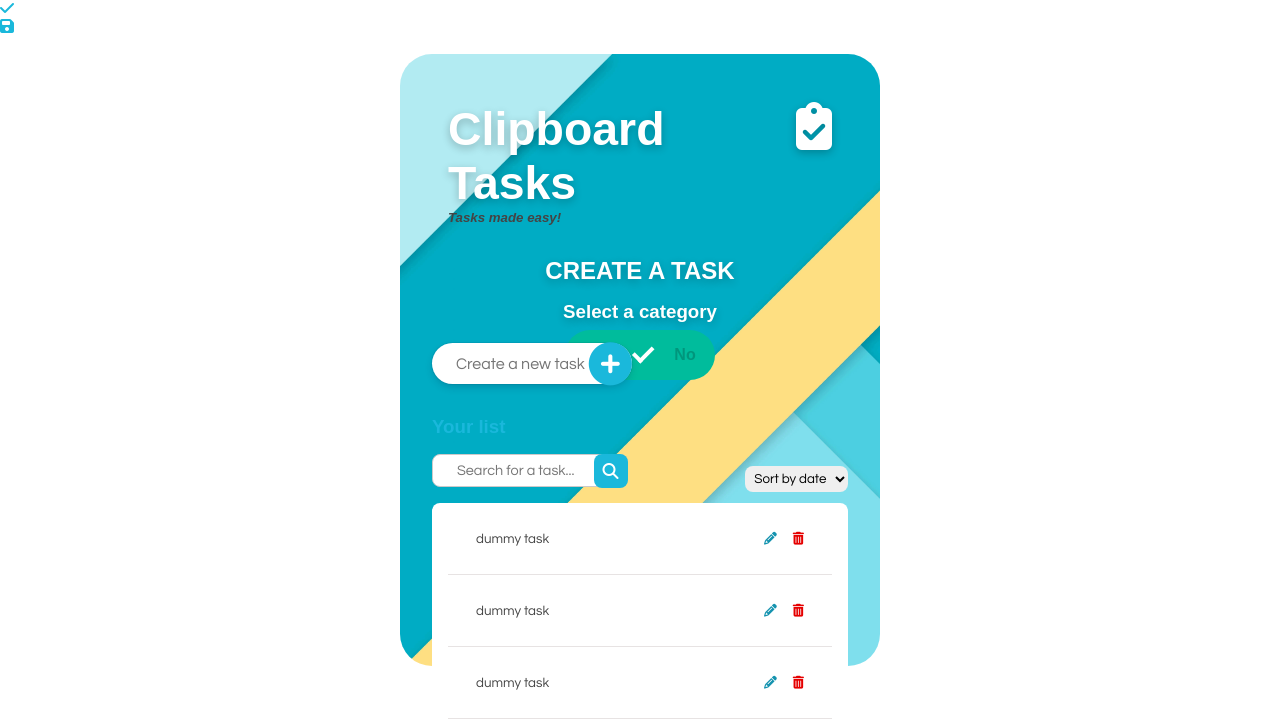
Repository: WesleyErasmus/Todo-App
Page: todoApp.html
The author's editor kept a copy of each file at every save. The page is drawn from the files as they stood at one save, then again after the next save.
The browser window is 1280 px wide. The pictures show the whole page.
Some web fonts or font styles are not loaded; a fallback is used. Some web libraries are served in a nearby version.

Above is the page before, as saved 2022-06-12 16:46:46.

### todoApp.html
<!DOCTYPE html>
<html lang="en">
<head>
    <meta charset="UTF-8">
    <meta http-equiv="X-UA-Compatible" content="IE=edge">
    <meta name="viewport" content="width=device-width, initial-scale=1.0">
    <title>Todo App</title>
    <script src="https://kit.fontawesome.com/81ea498f91.js" crossorigin="anonymous"></script>
    <link rel="stylesheet" href="/source/css/todoApp.css">
    <script src="/source/script/todoApp.js" defer></script>
</head>
<body>
    <!-- App wrapper -->
    <main class="app-wrapper">
        <!-- App header -->
        <header>
            <div>
            <h1 class="slogan">Clipboard Tasks</h1>
            <h5 class="slogan-2"><em>Tasks made easy!</em></h5>
            </div>
            <div id="jumbotron-logo"><i class="fa-solid fa-clipboard-check fa-3x"></i></div>
        </header>

        <h2 id="create-task-heading">CREATE A TASK</h2>

        <!-- Categories section -->
        <section>
        <form id="todo-list-form">
            <h3 class="category-heading">Select a category</h3>

            <div class="new-categories">

                <div class="toggle-radio">
                    <input type="radio" name="rdo" id="yes" checked>
                    <input type="radio" name="rdo" id="no">
                    <div class="switch">
                      <label for="yes">Yes</label>
                      <label for="no">No</label>
                      <span></span>
                    </div>
                  </div>

            </div>

            <div class="category-selectors">
                <!-- Personal category (make to assign as default, unless user selects work category) -->
                <!-- <label id="personal-label-btn">
                    <input type="radio" name="category" value="Personal" id="personal-category" />
                    <div>Personal</div>
                </label> -->
                <!-- Work category -->
                <!-- <label id="work-label-btn">
                    <input type="radio" name="category" value="Work" id="work-category" />
                    <div>Work</div>
                </label>
            </div> -->
            <!-- End of radio categories div -->
            <div class="create-submit">
            <input type="text" name="create-task" id="create-task" placeholder="Create a new task" />
            <button id="task-submit-btn" type="submit" value="create-new-task">
                <i class="fa-solid fa-circle-plus"></i>
            </button>
        </div>
        </form>
        </section>

        <!-- Task list is created here, new tasks are outputted below -->
        <section class="todo-list-output">
            <div id="list-header">
            <h3>Your list</h3>
            </div>
            <!-- SEARCH BAR -->
            <div id="search-filter-section">
                <form id="search-bar">
                <input type="text"
                id="search-bar"
                placeholder="Search for a task...">
                <button type="submit"><i class="fa fa-search"
                id="search-submit-btn"></i></button>
                </form>
                <!-- Classic filter dropdown -->
                <div>
                    <select name="filter" id="filter">
                    <option value="Date">Sort by date</option>
                    <option value="Name">Sort by title</option>
                    </select>
                    <!-- <i class="fa-solid fa-arrow-down-wide-short"></i> -->
                </div>

                </div>
            <!-- Actual task list output -->
            <div class="tasks" id="tasks">

                <div class="dummy-task">

                    <div class="task-name">
                        <input type="text"
                        class="text"
                        value="dummy task"
                        readonly>
                        <div class="edit-delete">
                            <button class="edit"><i class="fa-solid fa-pencil"></i></button>
                            <button class="delete"><i class="fa fa-trash" aria-hidden="true"></i></button>
                        </div>
                    </div>
                </div>

                <div class="dummy-task">

                    <div class="task-name">
                        <input type="text"
                        class="text"
                        value="dummy task"
                        readonly>
                        <div class="edit-delete">
                            <button class="edit"><i class="fa-solid fa-pencil"></i></button>
                            <button class="delete"><i class="fa fa-trash" aria-hidden="true"></i></button>
                        </div>
                    </div>
                </div>

                <div class="dummy-task">

                    <div class="task-name">
                        <input type="text"
                        class="text"
                        value="dummy task"
                        readonly>
                        <div class="edit-delete">
                            <button class="edit"><i class="fa-solid fa-pencil"></i></button>
                            <button class="delete"><i class="fa fa-trash" aria-hidden="true"></i></button>
                        </div>
                    </div>
                </div>

            </div>

        </section>

    </main> <!-- End of App wrapper -->
        <!-- Save icon and task complete icon -->
                <li><i class="fa-solid fa-check"></i></li>
                <li><i class="fa-solid fa-floppy-disk"></i></li>

</body>
</html>

### source/css/todoApp.css
@import url('https://fonts.googleapis.com/css2?family=Lexend+Tera:wght@100&family=Questrial&display=swap');


/* CSS Variables */
:root {
    --background-color: #fff;
    --primary: #1AB8DB;
    --secondary: #1593AF;
    --delete: #E50000;
    --grey: #ccc9c9;
    --dark-grey: #444444;

    --text-shadows: text-shadow: rgba(0, 0, 0, 0.24) 0px 3px 8px;
    --box-shadows: box-shadow: rgba(9, 30, 66, 0.25) 0px 4px 8px -2px, rgba(9, 30, 66, 0.08) 0px 0px 0px 1px;

    /* add linear gradients */
}

/* Universal selector styling */
* {
    box-sizing: border-box;
    margin: 0;
    padding: 0;
    font-family: 'Lexend Tera', sans-serif;
    list-style: none;
}

/* Below will remove input and checkbox default styling */
input:not([type="radio"]):not([type="checkbox"]), button {
	appearance: none;
	border: none;
	outline: none;
	background: none;
	cursor: initial;
}

/* *** UNIVERSAL BUTTON STYLING *** */
button {
	appearance: none;
	border: none;
	outline: none;
	background: none;
	cursor: initial;
    cursor: pointer;
}

body {
    background-color: var(--background-color);
    color: var(--primary);
}

main {
    padding-top: 2rem;
    background-color: var(--secondary);
    background-image: url(/images/bg-1.jpg);
    background-size: cover;
    background-position: center;
    background-repeat: no-repeat;
    border-radius: 2rem;
    padding-left: 2rem;
    padding-right: 2rem;
    flex: 1 1 0%;
    align-items: center;
    justify-content: center;
    max-width: 480px;
    height: 85vh;
    width: 100%;
    position: absolute;
    top: 50%;
    left: 50%;
    margin-right: -50%;
    transform: translate(-50%, -50%)
}

section {
    margin-top: 1rem;
    margin-bottom: 2rem;
}

header {
    display: flex;
    justify-content: space-between;
    padding: 1rem;
    border-radius: 1rem;
    /* add gradient color to font and logo */
}
.slogan {
    color: #fff;
    font-family: 'Lexend Tera', sans-serif;
    font-size: 2.9rem;
    text-shadow: rgba(0, 0, 0, 0.24) 0px 3px 8px;
    /* -webkit-background-clip: text;
    -webkit-text-fill-color: transparent; */
}
.slogan-2 {
    color: #444444;
}

#jumbotron-logo {
    color: #fff;
    text-shadow: rgba(0, 0, 0, 0.24) 0px 3px 8px;
}
/* create task H3 styling*/
#create-task-heading {
    color: var(--background-color);
    margin-top: 1rem;
    text-align: center;
    text-shadow: rgba(0, 0, 0, 0.24) 0px 3px 8px;
}
/* Select category h2 styling */
.category-heading {
    color: var(--background-color);
    text-align: center;
    margin-bottom: 0.75rem;
    text-shadow: rgba(0, 0, 0, 0.24) 0px 3px 8px;
}

/* Work / personal category selector styling */
.category-selectors {
    display: grid;
    grid-template-columns: repeat(2, 1fr);
    grid-gap: 1rem;
    margin-bottom: 1rem;
}

label {
    font-family: 'Karla', sans-serif;
    font-weight: 590;
}

.category-selectors label{
    display: flex;
    flex-direction: column;
    justify-content: center;
    align-items: center;
    background-color: var(--primary);
    padding: 1rem 2rem;
    border-radius: 999999px;
    color: #fff;
    box-shadow: var(--box-shadows);
}

/* change the below id to #work-category-btn */
#work-label-btn {
    font-family: 'Karla', sans-serif;
    background-color: var(--grey);
}

#create-task {
    font-family: 'Questrial', sans-serif;
	display: block;
	width: 100%;
	font-size: 1rem;
	padding: 0.79rem 1.5rem;
    padding-right: 0rem;
	color: var(--dark-grey);
	background-color: var(--background-color);
    box-shadow: rgba(9, 30, 66, 0.25) 0px 4px 8px -2px, rgba(9, 30, 66, 0.08) 0px 0px 0px 1px;
    border-radius: 9999px;

}

/* change to task add btn */
#task-submit-btn{
    position: absolute;
    display: block;
    right: 0rem;
    bottom: -0.5px;
    border: none;
    background-color: transparent;
    color: var(--primary);
}

.fa-circle-plus {
    font-size: 2.7rem;
}

/* add gradient color to fa-logo */

.create-submit {
    position: relative;
    display: flex;
    justify-content: center;
    align-items: center;
    text-align: center;
    margin-top: 0.5rem;
}

.create-task {
    text-align: center;
}

#list-header {
width: 80%;
display: flex;
justify-content: space-between;
margin-bottom: 1rem;
}

#search-filter-section {
    display: flex;
    margin: 0 auto;
    justify-content: space-between;
    margin-top: 1rem;
    text-align: center;
    align-items: center;
}

#search-bar {
    position: relative;
    display: flex;
    justify-content: center;
    align-items: center;
    width: 47%;
}

#search-bar input{
    font-family: 'Questrial', sans-serif;
	display: block;
	width: 100%;
	font-size: 0.9rem;
	padding: 0.50rem 1.5rem;
    padding-right: 0rem;
	color: var(--dark-grey);
	background-color: var(--background-color);
    border: 0.1px solid var(--grey);
    border-radius: 0.5rem;
    margin-bottom: 1rem;
}

#search-submit-btn {
    position: absolute;
    display: block;
    right: 0rem;
    top: 0;
    background-color: var(--primary);
    border-top-left-radius: 0.5rem;
    border-bottom-left-radius: 0.5rem;
    border-top-right-radius: 0.5rem;
    border-bottom-right-radius: 0.5rem;
    padding: 0.56rem;
    color: #fff;
}

/* Font-awesome search icon styling */
.fa-search {
    font-size: 1rem;
    color: var(--primary);
}

/* Filter styling */
.filter {
    font-family: 'Questrial', sans-serif;
    font-size: 1.1rem;
    font-weight: 500;
    color: var(--secondary);
    text-shadow: var(--text-shadows);
}

.fa-arrow-down-wide-short {
    color: var(--primary);
}

select {
    margin-left: 0.3rem;
    padding: 0.3rem;
    border: none;
    outline: 0;
    /* border: 1px var(--grey) solid; */
    border-radius: 0.5rem;
    font-family: 'Questrial', sans-serif;
    box-shadow: var(--box-shadows);
}
option {
    font-family: 'Questrial', sans-serif;
}

#tasks {
    border-radius: 0.5rem;
    background-color: #fff;
}

#tasks .task-name {
    display: flex;
    justify-content: space-between;
    background-color: var(--background-color);
    padding: 1.75rem;
    background-color: #fff;
    margin-bottom: 0rem;
    margin: 0 1rem;
    border-bottom: 0.01px solid rgba(229, 225, 225, 0.919);
}

.dummy-task .task-name {
    flex: 1 1 0%;
}

.dummy-task .task-name .text {
    color: var(--dark-grey);
    font-family: 'Questrial', sans-serif;
    width: 100%;
    display: block;
    transition: 0.4s;
}

.dummy-task .edit-delete {
    display: flex;
    margin: 0 -0.5rem;

}

/* Edit button styling */

.fa-pencil {
    color: var(--secondary);
}

.fa-trash {
    color: var(--delete);
}

.dummy-task .edit-delete button {
    cursor: pointer;
    margin: 0 0.5rem;
    font-size: 0.8rem;
    font-weight: 700;
    text-transform: uppercase;
    transition: 0.4s;
}



/* SMILEY TOGGLE */
.switch {
    position: absolute;
    top: 50%;
    left: 50%;
    width: 150px;
    height: 50px;
    text-align: center;
    margin: -30px 0 0 -75px;
    background: #00bc9c;
    transition: all 0.2s ease;
    border-radius: 25px;
  }
  .switch span {
    position: absolute;
    width: 20px;
    height: 4px;
    top: 50%;
    left: 50%;
    margin: -2px 0px 0px -4px;
    background: #fff;
    display: block;
    transform: rotate(-45deg);
    transition: all 0.2s ease;
  }
  .switch span:after {
    content: "";
    display: block;
    position: absolute;
    width: 4px;
    height: 12px;
    margin-top: -8px;
    background: #fff;
    transition: all 0.2s ease;
  }
  input[type=radio] {
    display: none;
  }
  .switch label {
    cursor: pointer;
    color: rgba(0,0,0,0.2);
    width: 60px;
    line-height: 50px;
    transition: all 0.2s ease;
  }
  label[for=yes] {
    position: absolute;
    left: 0px;
    height: 20px;
  }
  label[for=no] {
    position: absolute;
    right: 0px;
  }
  #no:checked ~ .switch {
    background: #eb4f37;
  }
  #no:checked ~ .switch span {
    background: #fff;
    margin-left: -8px;
  }
  #no:checked ~ .switch span:after {
    background: #fff;
    height: 20px;
    margin-top: -8px;
    margin-left: 8px;
  }
  #yes:checked ~ .switch label[for=yes] {
    color: #fff;
  }
  #no:checked ~ .switch label[for=no] {
    color: #fff;
  }

### source/script/todoApp.js
// *** FILTER BTN SCRIPT ***

/* When the user clicks on the button,
toggle between hiding and showing the dropdown content */
// function myFunction() {
//     document.getElementById("myDropdown").classList.toggle("show");
//   }

//   // Close the dropdown if the user clicks outside of it
//   window.onclick = function(event) {
//     if (!event.target.matches('.dropbtn')) {
//       var dropdowns = document.getElementsByClassName("dropdown-content");
//       var i;
//       for (i = 0; i < dropdowns.length; i++) {
//         var openDropdown = dropdowns[i];
//         if (openDropdown.classList.contains('show')) {
//           openDropdown.classList.remove('show');
//         }
//       }
//     }
//   }
//   *** END OF FILTER BUTTON ***

After the next save:
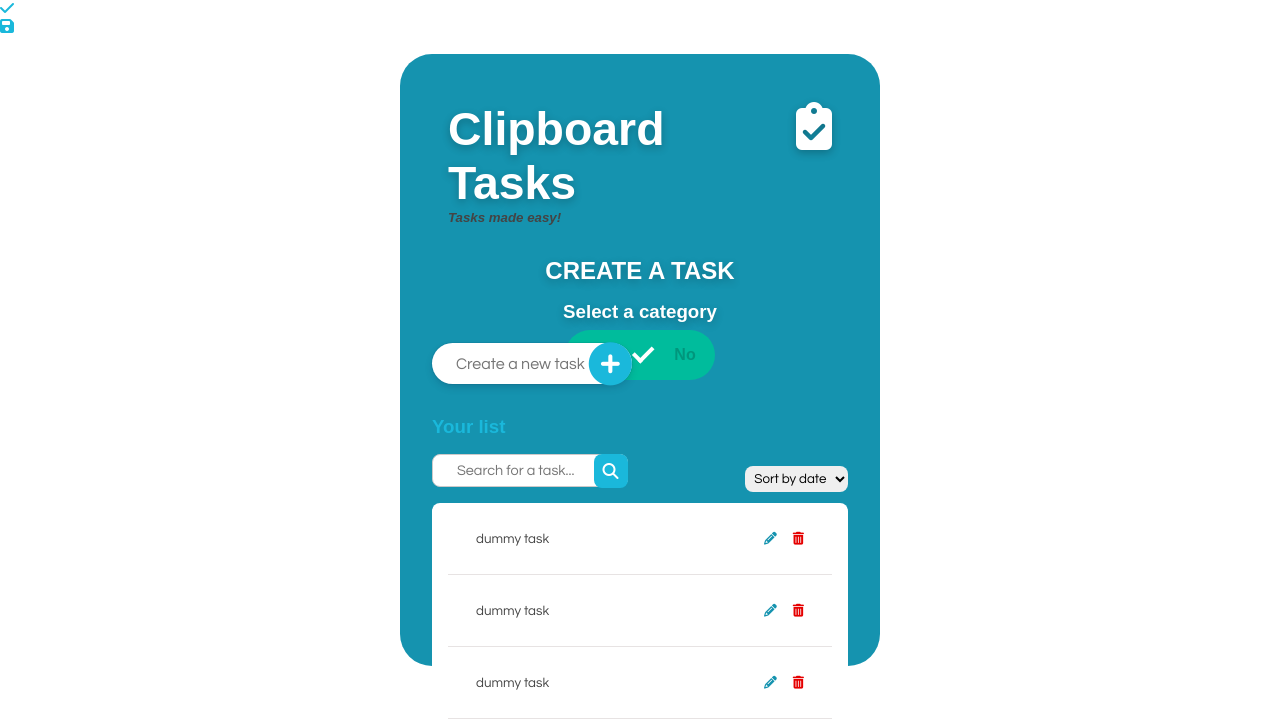
Saved 32 s later.
--- a/source/css/todoApp.css
+++ b/source/css/todoApp.css
@@ -52,7 +52,7 @@
 main {
     padding-top: 2rem;
     background-color: var(--secondary);
-    background-image: url(/images/bg-1.jpg);
+    background-image: url(/images/bg-1.jpg) cover center no-repeat;
     background-size: cover;
     background-position: center;
     background-repeat: no-repeat;

After the 3 saves that followed:
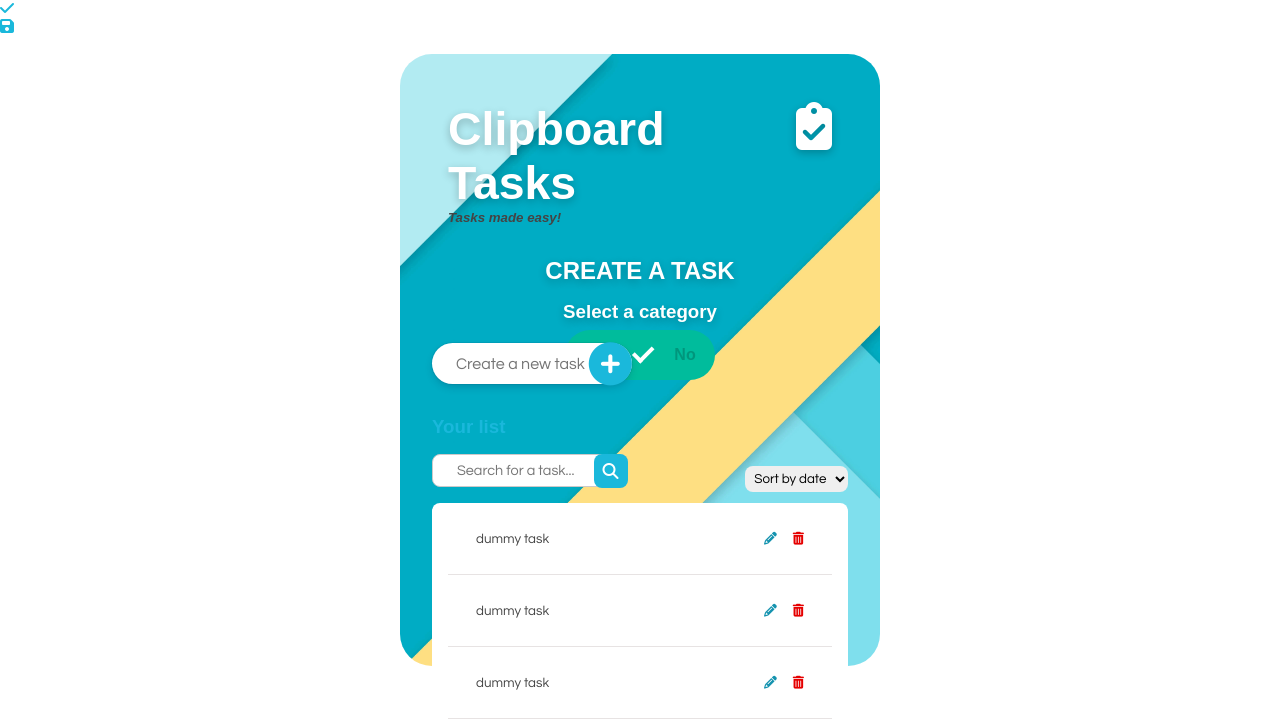
The 3 saves are shown as one change because 2 left the picture as it was.
The last was saved 20 s later.
--- a/source/css/todoApp.css
+++ b/source/css/todoApp.css
@@ -52,7 +52,7 @@
 main {
     padding-top: 2rem;
     background-color: var(--secondary);
-    background-image: url(/images/bg-1.jpg) cover center no-repeat;
+    background-image: url(/images/bg-1.jpg);
     background-size: cover;
     background-position: center;
     background-repeat: no-repeat;
